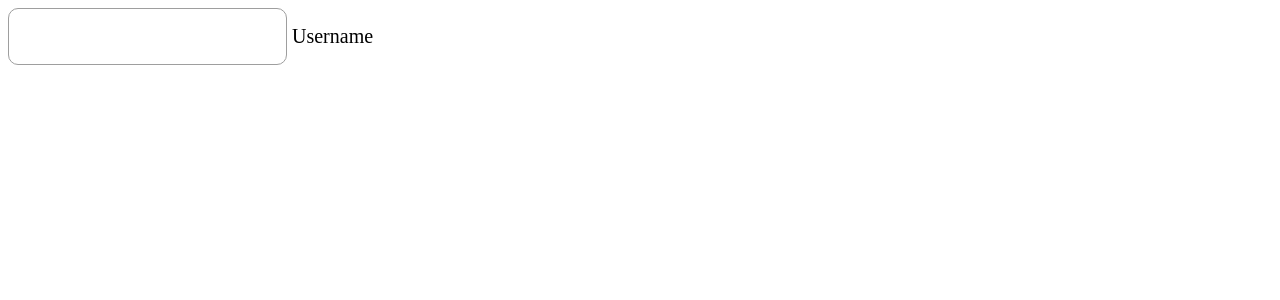
Repository: syni18/input_label_animate
Page: index.html
An editor plug-in stored every save of this project. The page is shown before and after a run of saves, followed by the edit.
The browser window is 1280 px wide. The pictures show the whole page.

Above is the page before, as saved 2023-11-01 13:52:01.

After the next 12 saves:
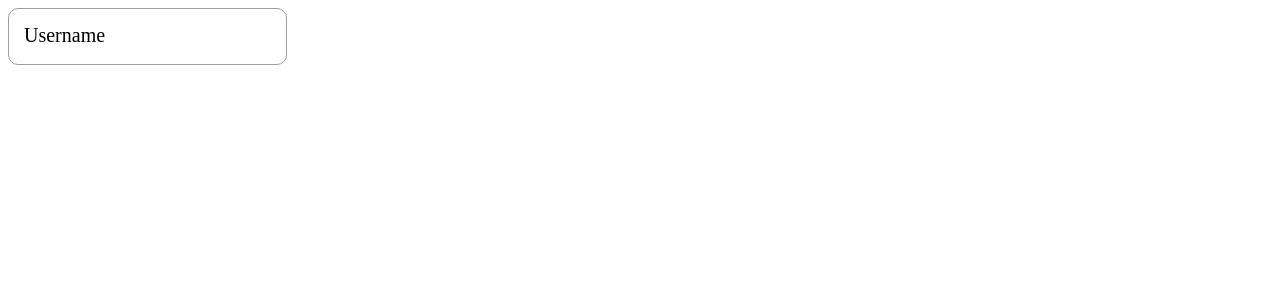
The 12 saves are shown as one change because they came seconds apart.
The last was saved 32 s later.
--- a/style.css
+++ b/style.css
@@ -11,3 +11,8 @@
     border-radius: 10px;
     transition: 150ms cubic-bezier(0.4, 0 ,0.2, 1);
 }
+.label {
+    position: absolute;
+    top: 1rem;
+    left: 1rem;
+}
